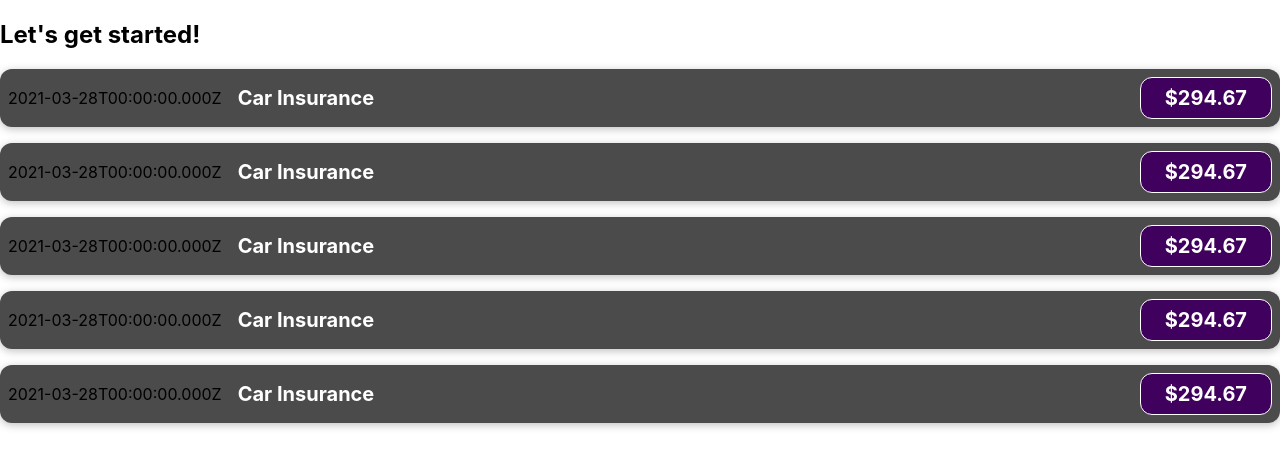
Repository: masamichan/react-complete-guide
Page: /
An editor plug-in stored every save of this project. The page is shown before and after the next save, followed by the edit.
The browser window is 1280 px wide. The pictures show the whole page.
The project was rebuilt for these pictures with package versions that can differ from the ones it lists, and the page was loaded fresh each time. Also part of the build but not shown: src/App.css.

Above is the page before, as saved 2023-03-26 10:24:36.

### src/App.js
import "./App.css";
import ExpenseItem from "./components/ExpensItem";

function App() {
  const expenses = [
    {
      id: "e1",
      title: "Toilet Paper",
      amount: 94.12,
      date: new Date(2020, 7, 14),
    },
    { id: "e2", title: "New TV", amount: 799.49, date: new Date(2021, 2, 12) },
    {
      id: "e3",
      title: "Car Insurance",
      amount: 294.67,
      date: new Date(2021, 2, 28),
    },
    {
      id: "e4",
      title: "New Desk (Wooden)",
      amount: 450,
      date: new Date(2021, 5, 12),
    },
  ];

  return (
    <div>
      <h2>Let's get started!</h2>
      <ExpenseItem
        title={expenses[0].title}
        amount={expenses[0].amount}
        date={expenses[0].date}
      ></ExpenseItem>
      <ExpenseItem></ExpenseItem>
      <ExpenseItem></ExpenseItem>
      <ExpenseItem></ExpenseItem>
      <ExpenseItem></ExpenseItem>
    </div>
  );
}

export default App;

### src/components/ExpensItem.js
import "./ExpenseItem.css";

function ExpenseItem() {
  const expenseDate = new Date(2021, 2, 28);
  const expenseTitle = "Car Insurance";
  const expenseAmount = 294.67;

  return (
    <div className="expense-item">
      <div>{expenseDate.toISOString()}</div>
      <div className="expense-item__description">
        <h2>{expenseTitle}</h2>
        <div className="expense-item__price">${expenseAmount}</div>
      </div>
    </div>
  );
}

export default ExpenseItem;

### src/components/ExpenseItem.css
.expense-item {
  display: flex;
  justify-content: space-between;
  align-items: center;
  box-shadow: 0 2px 8px rgba(0, 0, 0, 0.25);
  padding: 0.5rem;
  margin: 1rem 0;
  border-radius: 12px;
  background-color: #4b4b4b;
}

.expense-item__description {
  display: flex;
  flex-direction: column;
  gap: 1rem;
  align-items: flex-end;
  flex-flow: column-reverse;
  justify-content: flex-start;
  flex: 1;
}

.expense-item h2 {
  color: #3a3a3a;
  font-size: 1rem;
  flex: 1;
  margin: 0 1rem;
  color: white;
}

.expense-item__price {
  font-size: 1rem;
  font-weight: bold;
  color: white;
  background-color: #40005d;
  border: 1px solid white;
  padding: 0.5rem;
  border-radius: 12px;
}

@media (min-width: 580px) {
  .expense-item__description {
    flex-direction: row;
    align-items: center;
    justify-content: flex-start;
    flex: 1;
  }

  .expense-item__description h2 {
    font-size: 1.25rem;
  }

  .expense-item__price {
    font-size: 1.25rem;
    padding: 0.5rem 1.5rem;
  }
}

Loaded but not shown: public/index.html (common file); src/index.js (common file); src/index.css (common file); src/reportWebVitals.js (common file)

After the next save:
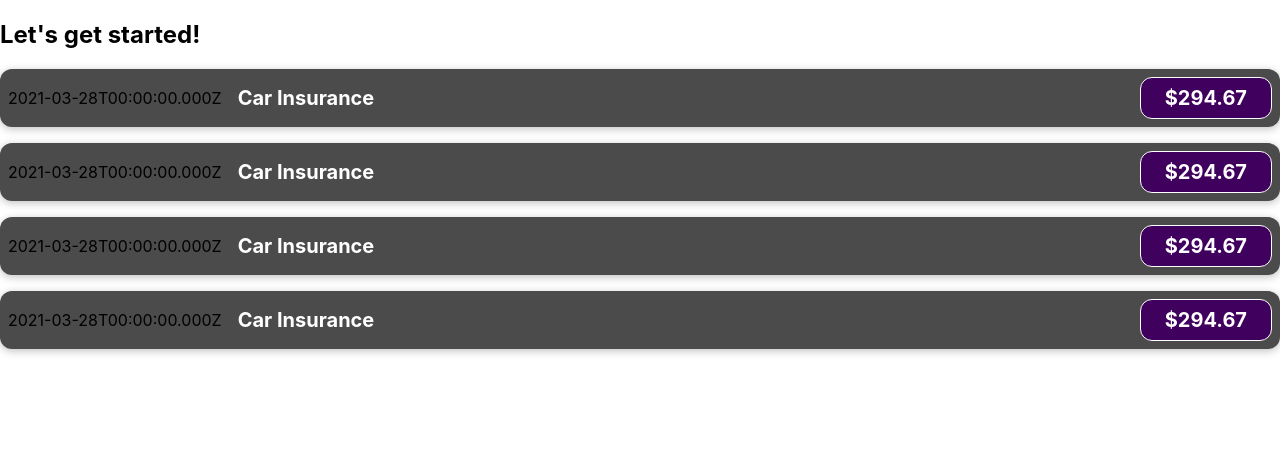
Saved 2 min 14 s later.
--- a/src/App.js
+++ b/src/App.js
@@ -32,10 +32,21 @@ function App() {
         amount={expenses[0].amount}
         date={expenses[0].date}
       ></ExpenseItem>
-      <ExpenseItem></ExpenseItem>
-      <ExpenseItem></ExpenseItem>
-      <ExpenseItem></ExpenseItem>
-      <ExpenseItem></ExpenseItem>
+      <ExpenseItem
+        title={expenses[1].title}
+        amount={expenses[1].amount}
+        date={expenses[1].date}
+      ></ExpenseItem>
+      <ExpenseItem
+        title={expenses[2].title}
+        amount={expenses[2].amount}
+        date={expenses[2].date}
+      ></ExpenseItem>
+      <ExpenseItem
+        title={expenses[3].title}
+        amount={expenses[3].amount}
+        date={expenses[3].date}
+      ></ExpenseItem>
     </div>
   );
 }
